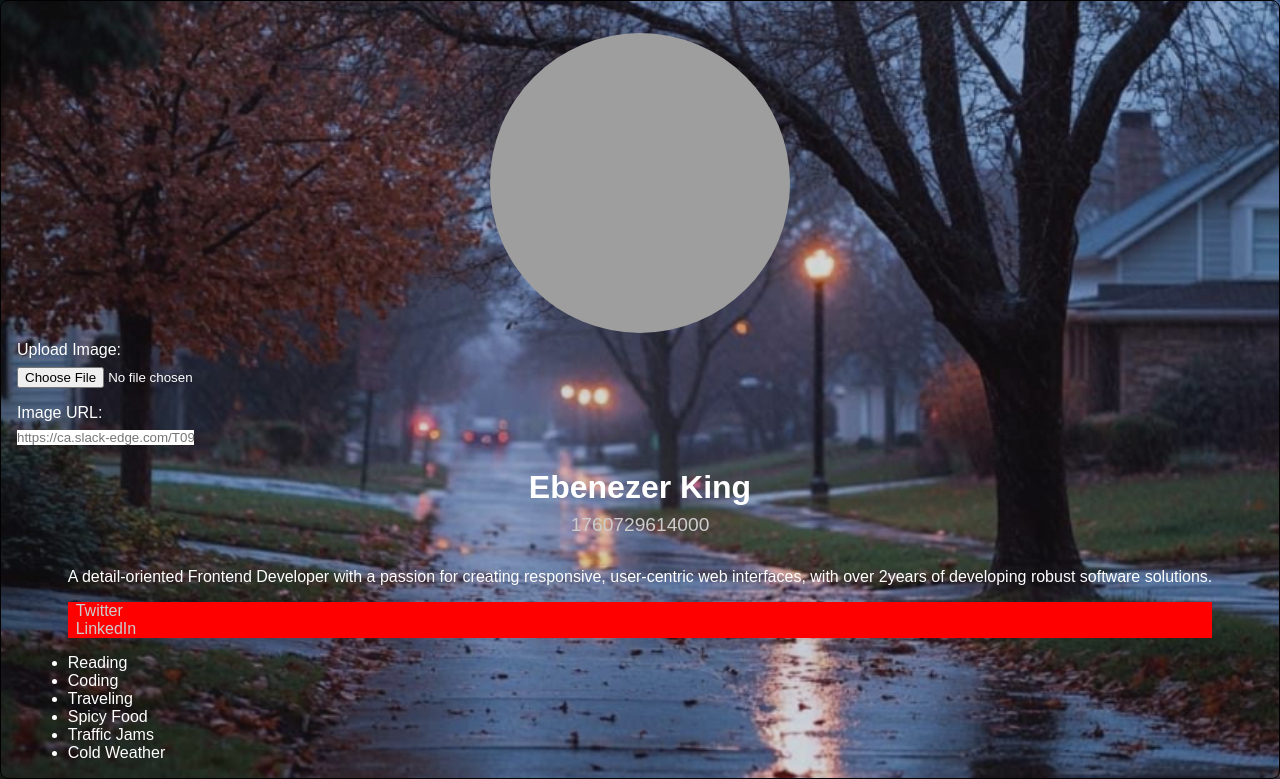
Repository: ebenezertiewei/profileCard
Page: index.html
These files come from the project's save history. The page is drawn as it stood at one moment and after the next save; the edit follows.
The browser window is 1280 px wide. The pictures show the whole page.
Pictures or frames that could not be fetched are drawn as grey boxes.

Above is the page before, as saved 2025-10-17 20:52:19.

After the next save:
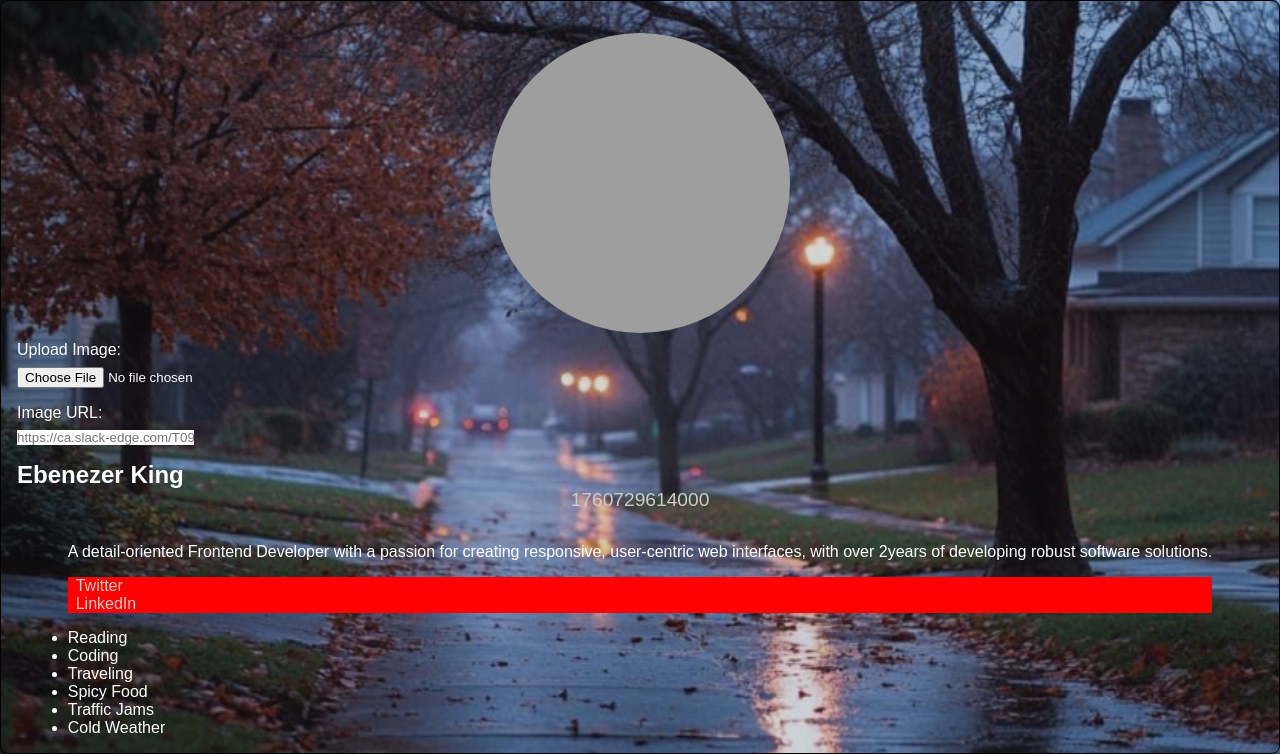
Saved 52 s later.
--- a/style.css
+++ b/style.css
@@ -72,7 +72,7 @@
 .imageUploadMethods input {
 	margin-bottom: 1rem;
 }
-
+#avatarUpload
 /*--------------profile name --------------*/
 #profileHeader h2 {
 	display: flex;

After the 3 saves that followed:
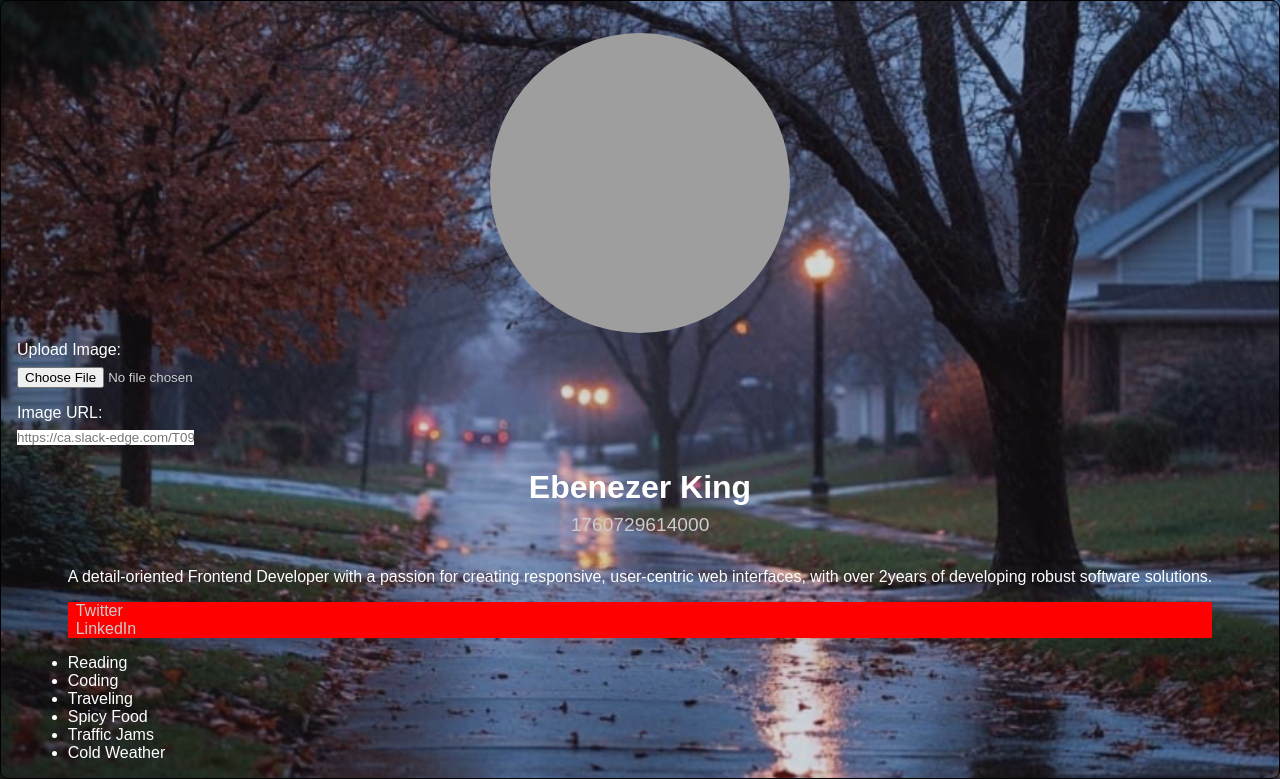
The 3 saves are shown as one change because they came seconds apart.
The last was saved 34 s later.
--- a/style.css
+++ b/style.css
@@ -72,7 +72,9 @@
 .imageUploadMethods input {
 	margin-bottom: 1rem;
 }
-#avatarUpload
+#avatarUpload {
+	color: #ccc;
+}
 /*--------------profile name --------------*/
 #profileHeader h2 {
 	display: flex;
